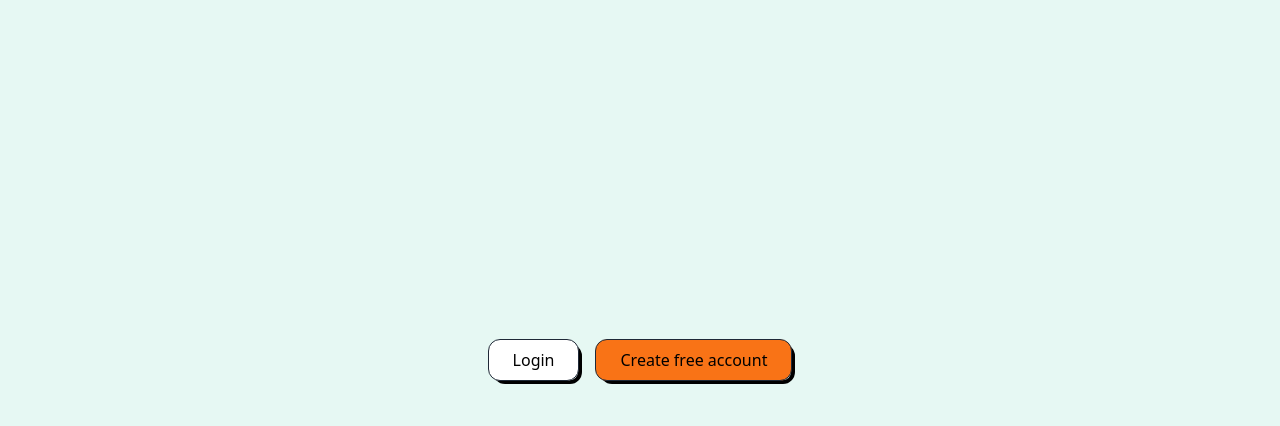
Repository: trusha97/postpilot
Page: button.html
These files come from the project's save history. The page is drawn as it stood at one moment and after a run of saves; the edit follows.
The browser window is 1280 px wide. The pictures show the whole page.
Some web libraries are served in a nearby version.

Above is the page before, as saved 2025-05-18 18:07:46.

### button.html
<!DOCTYPE html>
<html lang="en">
<head>
  <meta charset="UTF-8" />
  <meta name="viewport" content="width=device-width, initial-scale=1.0" />
  <title>Button UI</title>
  <!-- Tailwind CSS CDN -->
  <script src="https://cdn.tailwindcss.com"></script>
</head>
<body class="bg-[#e6f8f3] flex justify-center items-center min-h-screen">

  <div class="flex gap-4">
    <!-- Login Button -->
    <button class="relative text-black font-medium border border-3 border-gray-800 bg-white px-6 py-2 rounded-xl">
      <span class="absolute inset-0 rounded-xl border-4 border-black translate-x-1 translate-y-1 -z-10"></span>
      Login
    </button>

    <button class="relative text-black font-medium border border-gray-800 bg-orange-500 px-6 py-2 rounded-xl">
      <span class="absolute inset-0 rounded-xl border-4 border-black translate-x-1 translate-y-1 -z-10"></span>
      Create free account
    </button>

    <!-- Create Account Button -->
    <!-- <button class="relative text-white font-medium bg-orange-500 px-6 py-2 rounded-xl">
      <span class="absolute inset-0 rounded-xl border-4 border-black translate-x-1 translate-y-1 -z-10"></span>
      Create free account
    </button> -->
  </div>

</body>
</html>

After the next 2 saves:
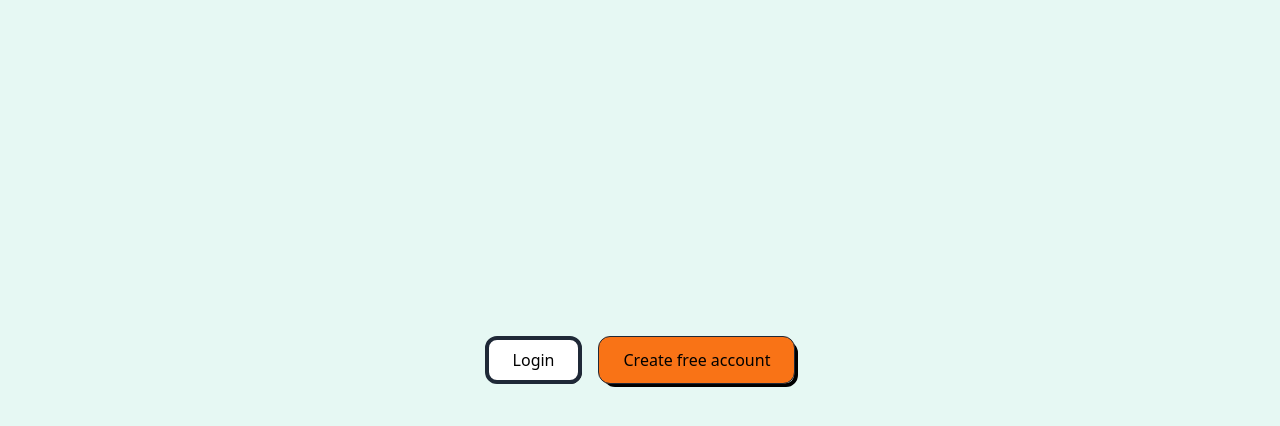
The 2 saves are shown as one change because they came seconds apart.
The last was saved 10 s later.
--- a/button.html
+++ b/button.html
@@ -11,7 +11,7 @@
 
   <div class="flex gap-4">
     <!-- Login Button -->
-    <button class="relative text-black font-medium border border-3 border-gray-800 bg-white px-6 py-2 rounded-xl">
+    <button class="relative text-black font-medium border border-4 border-gray-800 bg-white px-6 py-2 rounded-xl">
       <span class="absolute inset-0 rounded-xl border-4 border-black translate-x-1 translate-y-1 -z-10"></span>
       Login
     </button>
